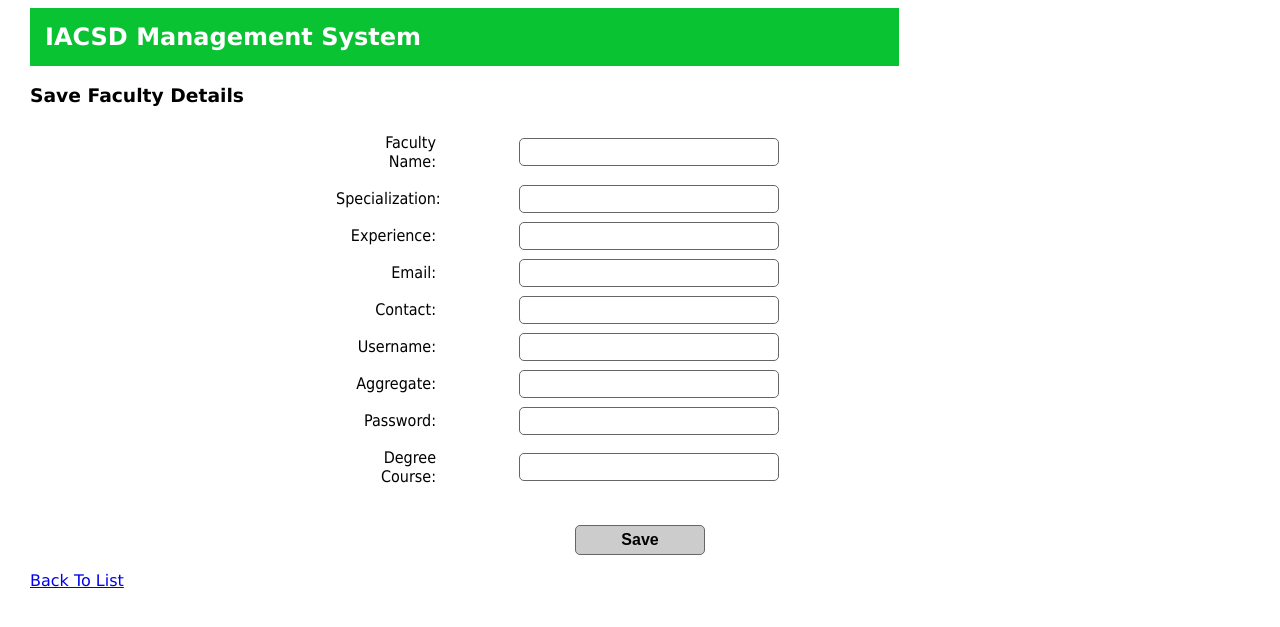
Repository: vsc8791/IMS
Page: http://localhost/web-customer-tracker/WEB-INF/view/faculty-form.jsp
The author's editor kept a copy of each file at every save. The page is drawn from the files as they stood at one save, then again after the next save.
The browser window is 1280 px wide. The pictures show the whole page.
The page is served by Tomcat 9. Nobody is signed in. The template is opened directly, without the code that normally fills it, so the values that code supplies are empty.

Above is the page before, as saved 2018-07-27 16:54:55.

After the next save:
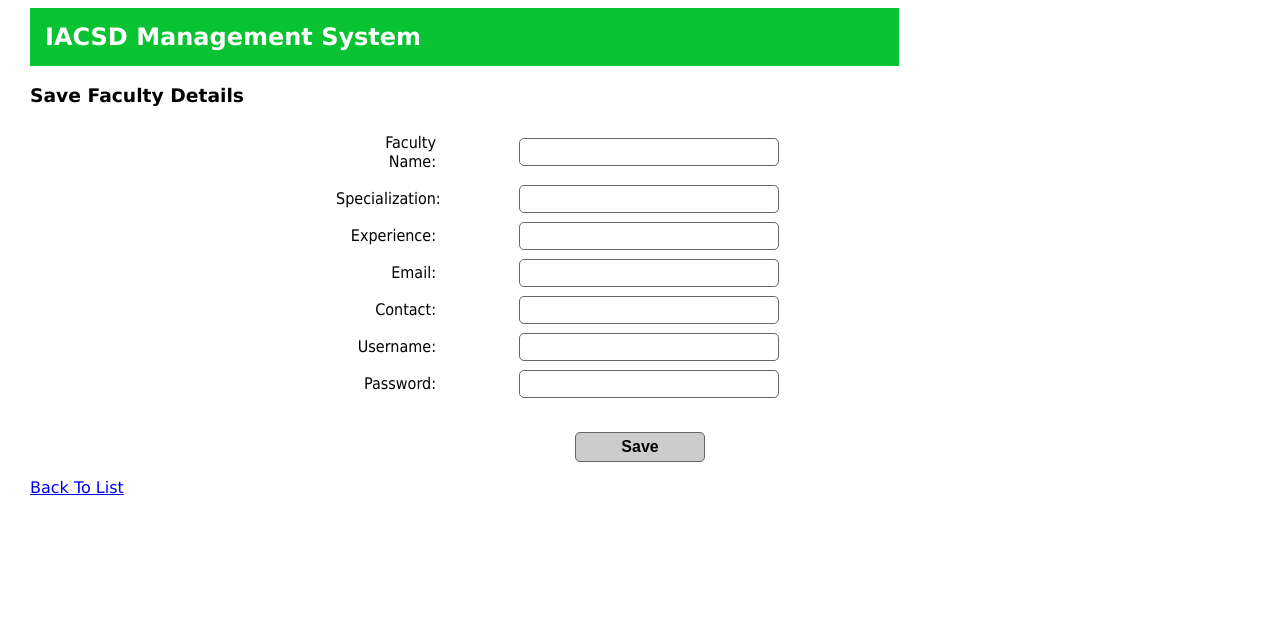
Saved 32 s later.
--- a/web-customer-tracker/WebContent/WEB-INF/view/faculty-form.jsp
+++ b/web-customer-tracker/WebContent/WEB-INF/view/faculty-form.jsp
@@ -50,17 +50,10 @@
 						<td><label>Username:</label></td>
 						<td><form:input path="username" /></td>
 					</tr>
-					<tr>
-						<td><label>Aggregate:</label></td>
-						<td><form:input path="aggregate"/></td>
-					</tr>
+
 					<tr>
 						<td><label>Password:</label></td>
 						<td><form:input path="password" type="password" /></td>
-					</tr>
-					<tr>
-						<td><label>Degree Course:</label></td>
-						<td><form:input path="degree_course"/></td>
 					</tr>
 
 				</tbody>
